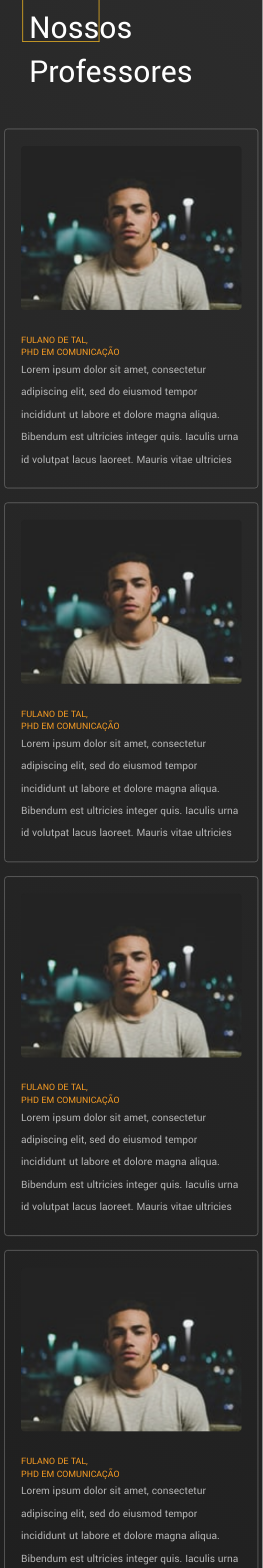
Repository: Rafael-Araujo-dev/Treinamento-Raccoon
Page: Projeto-2/index.html
The author's editor kept a copy of each file at every save. The page is drawn from the files as they stood at one save, then again after a run of saves.
The browser window is 375 px wide. The pictures show the part of the page from y = 4064 to 6304 px (the page is 7432 px tall before and 7142 px after), at 70% of full size.
Backgrounds fixed to the window are drawn as part of the page.

Above is the page before, as saved 2021-09-23 16:55:30.

After the next 3 saves:
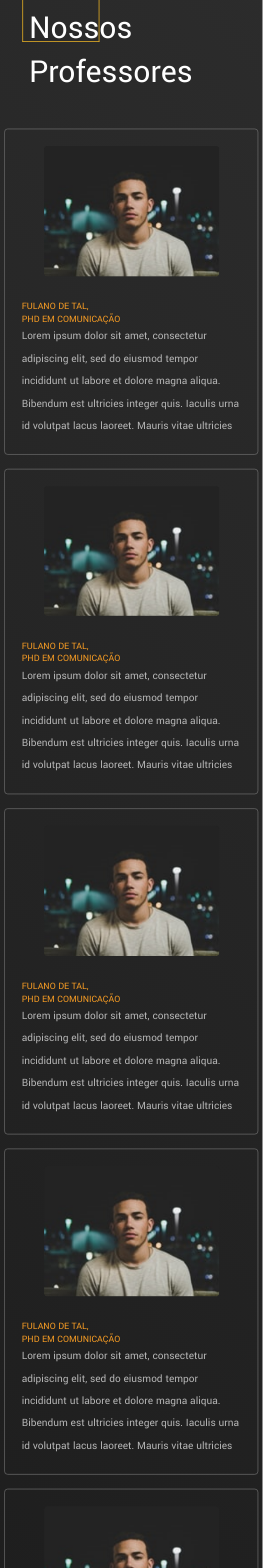
The 3 saves are shown as one change because they came seconds apart.
The last was saved 7 s later.
--- a/Projeto-2/css/style.css
+++ b/Projeto-2/css/style.css
@@ -735,7 +735,7 @@
 
 @media(max-width: 450px) {
     .our-teachers .card-image img {
-        max-width: auto;
+        max-width: 250px;
     }
 
     .our-teachers .card-container {
